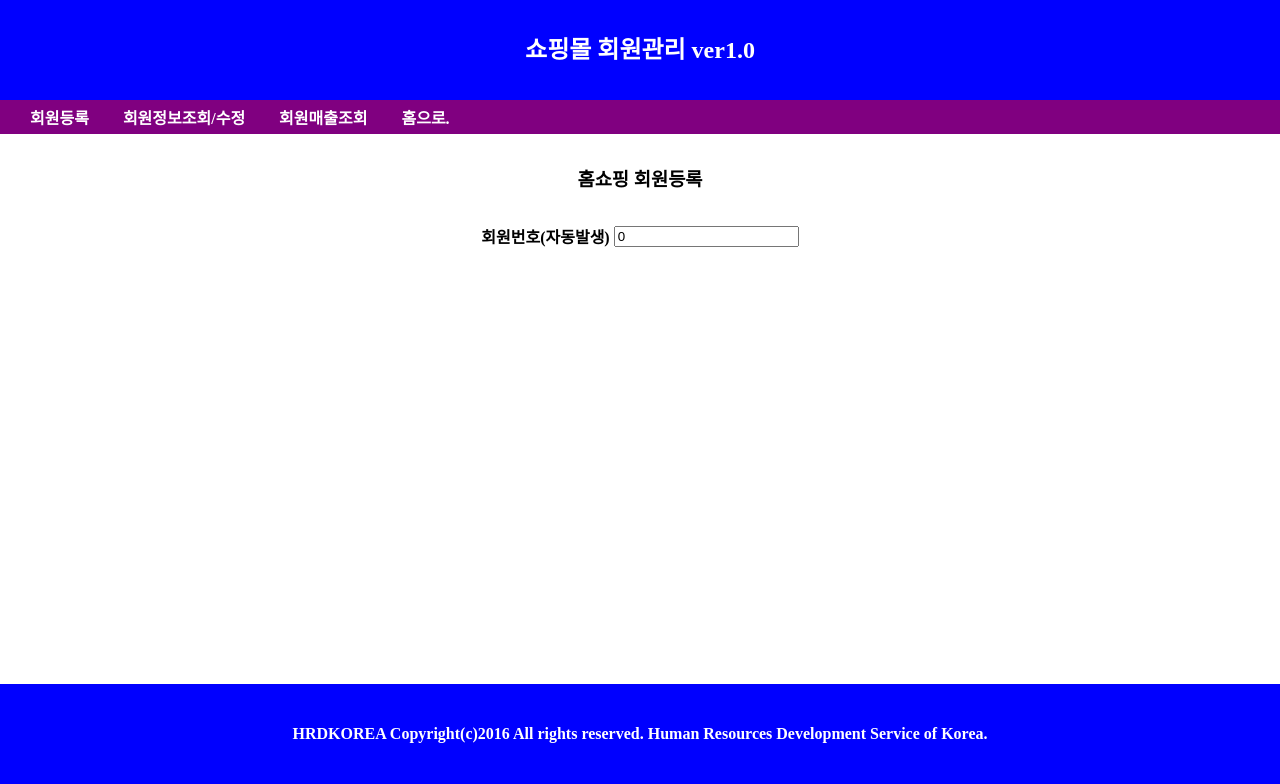
Repository: brightjy/Today-what-I-practiced
Page: http://localhost/HRD_7/view/register.jsp
The author's editor kept a copy of each file at every save. The page is drawn from the files as they stood at one save, then again after the next save.
The browser window is 1280 px wide. The pictures show the whole page.
The page is served by Tomcat 9. Other server files are loaded and not shown. Queries for data that is not in the repository find no rows.

Above is the page before, as saved 2020-05-18 11:47:33.

### hrdkorea_0518/HRD_7/WebContent/view/register.jsp
<%@page import="com.hrd.dao.MemberDao"%>
<%@ page language="java" contentType="text/html; charset=UTF-8"
    pageEncoding="UTF-8"%>
<% String conPath = request.getContextPath(); %>
<!DOCTYPE html>
<html>
<head>
<meta charset="UTF-8">
<title>Insert title here</title>
</head>
<body>
<jsp:include page="header.jsp"></jsp:include>
<section>
<div>
	<h3>홈쇼핑 회원등록</h3>
	<form action="<%=conPath %>/pro/register.jsp" method="get" name="info">
	<%
		MemberDao mDao = MemberDao.getInstance();
		int custno = mDao.custno();
	%>
		<table>
			<tr>
				<th>회원번호(자동발생)</th>
				<td><input type="text" name="custno" value="<%=custno%>"></td>
			</tr>
		</table>
	</form>
</div>
</section>
<jsp:include page="footer.jsp"></jsp:include>
</body>
</html>

### hrdkorea_0518/HRD_7/WebContent/view/header.jsp
<%@ page language="java" contentType="text/html; charset=UTF-8"
    pageEncoding="UTF-8"%>
<% String conPath = request.getContextPath(); %>
<!DOCTYPE html>
<html>
<head>
<meta charset="UTF-8">
<title>Insert title here</title>
<style>
*{margin:0 auto;}
header, footer{background-color:blue; height:100px; line-height:100px; text-align:center;}
h2, h4, a{color:white;}
nav{padding:5px 0 5px 30px; background-color:purple;}
nav a{padding-right:30px; text-decoration: none; font-weight:bold;}
section{height:550px;}
div{padding:30px;}
h3{text-align:center; padding:0 0 30px 0;}
</style>
</head>
<body>
<header>
	<h2>쇼핑몰 회원관리 ver1.0</h2>
</header>
<nav>
	<a href="<%=conPath %>/view/register.jsp">회원등록</a>
	<a href="<%=conPath %>/view/memberList.jsp">회원정보조회/수정</a>
	<a href="<%=conPath %>/view/sumPriceList.jsp">회원매출조회</a>
	<a href="<%=conPath %>/view/main.jsp">홈으로.</a>
</nav>
</body>
</html>

### hrdkorea_0518/HRD_7/WebContent/view/footer.jsp
<%@ page language="java" contentType="text/html; charset=UTF-8"
    pageEncoding="UTF-8"%>
<!DOCTYPE html>
<html>
<head>
<meta charset="UTF-8">
<title>Insert title here</title>
</head>
<body>
<footer>
	<h4>HRDKOREA Copyright(c)2016 All rights reserved. Human Resources Development Service of Korea.</h4>
</footer>
</body>
</html>

### hrdkorea_0518/HRD_7/src/com/hrd/dao/MemberDao.java
package com.hrd.dao;

import java.sql.Connection;
import java.sql.Date;
import java.sql.DriverManager;
import java.sql.PreparedStatement;
import java.sql.ResultSet;
import java.util.ArrayList;

import com.hrd.dto.MemberDto;
import com.hrd.dto.SumPriceDto;

public class MemberDao {
	// 싱글톤
	private static MemberDao instance = new MemberDao();
	private MemberDao() {}
	public static MemberDao getInstance() {
		return instance;
	}
	// 데이터 연결
	public static Connection getConnection() throws Exception {
		Class.forName("oracle.jdbc.OracleDriver");
		Connection con = DriverManager.getConnection
				("jdbc:oracle:thin:@//localhost:1521/xe", "system", "1234");
		return con;
	}
	// 회원번호 자동생성
	public int custno() {
		int custno = 0;

		Connection conn = null;
		PreparedStatement pstmt = null;
		ResultSet rs = null;
		String sql = "SELECT MAX(CUSTNO)+1 CUSTNO FROM MEMBER_TBL_02";


		try {
			conn = getConnection();
			pstmt = conn.prepareStatement(sql);
			rs = pstmt.executeQuery();
			if(rs.next()) {
				custno = rs.getInt("custno");
			}
		} catch (Exception e) {
			System.out.println(e.getMessage());
		} finally {
			try {
				if(conn!=null) conn.close();
				if(pstmt!=null) pstmt.close();
				if(rs!=null) rs.close();
			}catch(Exception e) {
				System.out.println(e.getMessage());
			}
		}
		return custno;
	}
	// 회원등록
	public int registerMember(String custname, String phone, String address, Date joindate, String grade, String city) {
		int result = 0;
		Connection conn = null;
		PreparedStatement pstmt = null;
		String sql = "INSERT INTO MEMBER_TBL_02" +
				"    VALUES (CUSTNO_SQ.NEXTVAL, ?, ?, ?, ?, ?, ?)";
		try {
			conn = getConnection();
			pstmt = conn.prepareStatement(sql);
			pstmt.setString(1, custname);
			pstmt.setString(2, phone);
			pstmt.setString(3, address);
			pstmt.setDate(4, joindate);
			pstmt.setString(5, grade);
			pstmt.setString(6, city);
			result = pstmt.executeUpdate();
			System.out.println(result==1?"등록성공":"등록실패");
		} catch (Exception e) {
			System.out.println(e.getMessage());
		}
		return result;
	}
	// 회원목록 조회
	public ArrayList<MemberDto> memberList(){
		ArrayList<MemberDto> dtos = new ArrayList<MemberDto>();
		Connection conn = null;
		PreparedStatement pstmt = null;
		ResultSet rs = null;
		String sql = "SELECT*FROM MEMBER_TBL_02 ORDER BY CUSTNO";
		try {
			conn = getConnection();
			pstmt = conn.prepareStatement(sql);
			rs = pstmt.executeQuery();
			while(rs.next()) {
				int custno = rs.getInt("custno");
				String custname = rs.getString("custname");
				String phone = rs.getString("phone");
				String address = rs.getString("address");
				Date joindate = rs.getDate("joindate");
				String grade = rs.getString("grade");
				String city = rs.getString("city");
				dtos.add(new MemberDto(custno, custname, phone, address, joindate, grade, city));
			}
		} catch (Exception e) {
			System.out.println(e.getMessage());
		} finally {
			try {
				if(conn!=null) conn.close();
				if(pstmt!=null) pstmt.close();
				if(rs!=null) rs.close();
			}catch(Exception e) {
				System.out.println(e.getMessage());
			}
		}
		return dtos;
	}
	// 회원정보 불러오기
	public MemberDto getMember(String custnoStr) {
		MemberDto dto = new MemberDto();
		Connection conn = null;
		PreparedStatement pstmt = null;
		ResultSet rs = null;
		String sql = "SELECT*FROM MEMBER_TBL_02 WHERE CUSTNO=?";
		try {
			conn = getConnection();
			pstmt = conn.prepareStatement(sql);
			pstmt.setString(1, custnoStr);
			rs = pstmt.executeQuery();
			while(rs.next()) {
				int custno = rs.getInt("custno");
				String custname = rs.getString("custname");
				String phone = rs.getString("phone");
				String address = rs.getString("address");
				Date joindate = rs.getDate("joindate");
				String grade = rs.getString("grade");
				String city = rs.getString("city");
				dto = new MemberDto(custno, custname, phone, address, joindate, grade, city);
			}
		} catch (Exception e) {
			System.out.println(e.getMessage());
		} finally {
			try {
				if(conn!=null) conn.close();
				if(pstmt!=null) pstmt.close();
				if(rs!=null) rs.close();
			}catch(Exception e) {
				System.out.println(e.getMessage());
			}
		}
		return dto;
	}
	// 회원정보 수정
	public int updateMember(String custname, String phone, String address, Date joindate, String grade, String city, String custnoStr) {
		int result = 0;
		Connection conn = null;
		PreparedStatement pstmt = null;
		String sql = "UPDATE MEMBER_TBL_02 SET" +
				"    CUSTNAME=?," +
				"    PHONE=?," +
				"    ADDRESS=?," +
				"    JOINDATE=?," +
				"    GRADE=?," +
				"    CITY=?" +
				"    WHERE CUSTNO=?";
		try {
			conn = getConnection();
			pstmt = conn.prepareStatement(sql);
			pstmt.setString(1, custname);
			pstmt.setString(2, phone);
			pstmt.setString(3, address);
			pstmt.setDate(4, joindate);
			pstmt.setString(5, grade);
			pstmt.setString(6, city);
			pstmt.setString(7, custnoStr);
			result = pstmt.executeUpdate();
			System.out.println(result==1?"수정성공":"수정실패");
		} catch (Exception e) {
			System.out.println(e.getMessage());
		}
		return result;
	}
	// 회원매출 정보 조회(custno, custname, grade, sum(price))
	public ArrayList<SumPriceDto> sumPriceList(){
		ArrayList<SumPriceDto> dtos = new ArrayList<SumPriceDto>();
		Connection conn = null;
		PreparedStatement pstmt = null;
		ResultSet rs = null;
		String sql = "SELECT ME.CUSTNO CUSTNO, CUSTNAME, GRADE, SUM(PRICE) SUM_PRICE" +
				"    FROM MEMBER_TBL_02 ME, MONEY_TBL_02 MO" +
				"    WHERE ME.CUSTNO=MO.CUSTNO" +
				"    GROUP BY ME.CUSTNO, CUSTNAME, GRADE" +
				"    HAVING SUM(PRICE)>0" +
				"    ORDER BY SUM(PRICE) DESC";
		try {
			conn = getConnection();
			pstmt = conn.prepareStatement(sql);
			rs = pstmt.executeQuery();
			while(rs.next()) {
				int custno = rs.getInt("custno");
				String custname = rs.getString("custname");
				int sum_price =rs.getInt("sum_price");
				dtos.add(new SumPriceDto(custno, custname, sum_price));
			}
		} catch (Exception e) {
			System.out.println(e.getMessage());
		} finally {
			try {
				if(conn!=null) conn.close();
				if(pstmt!=null) pstmt.close();
				if(rs!=null) rs.close();
			}catch(Exception e) {
				System.out.println(e.getMessage());
			}
		}
		return dtos;
	}
}

After the next save:
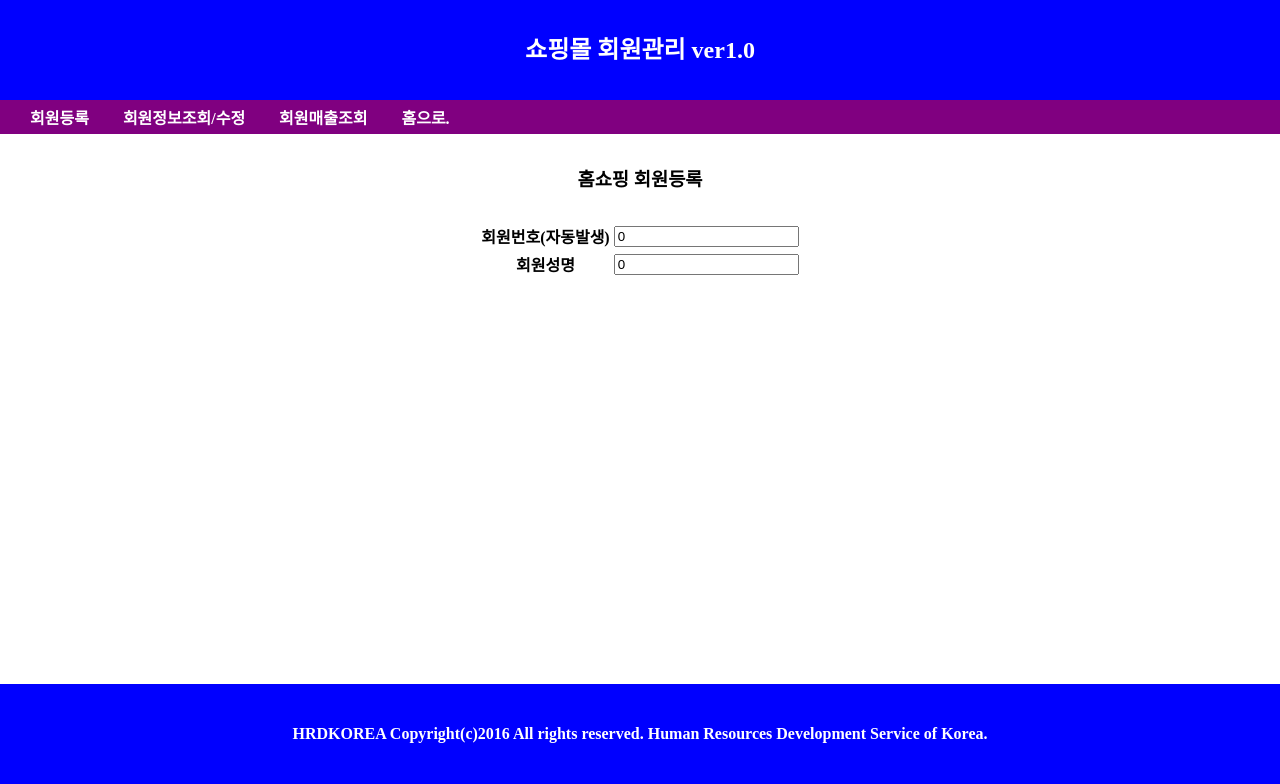
Saved 16 s later.
--- a/hrdkorea_0518/HRD_7/WebContent/view/register.jsp
+++ b/hrdkorea_0518/HRD_7/WebContent/view/register.jsp
@@ -23,6 +23,10 @@
 				<th>회원번호(자동발생)</th>
 				<td><input type="text" name="custno" value="<%=custno%>"></td>
 			</tr>
+			<tr>
+				<th>회원성명</th>
+				<td><input type="text" name="custno" value="<%=custno%>"></td>
+			</tr>
 		</table>
 	</form>
 </div>
